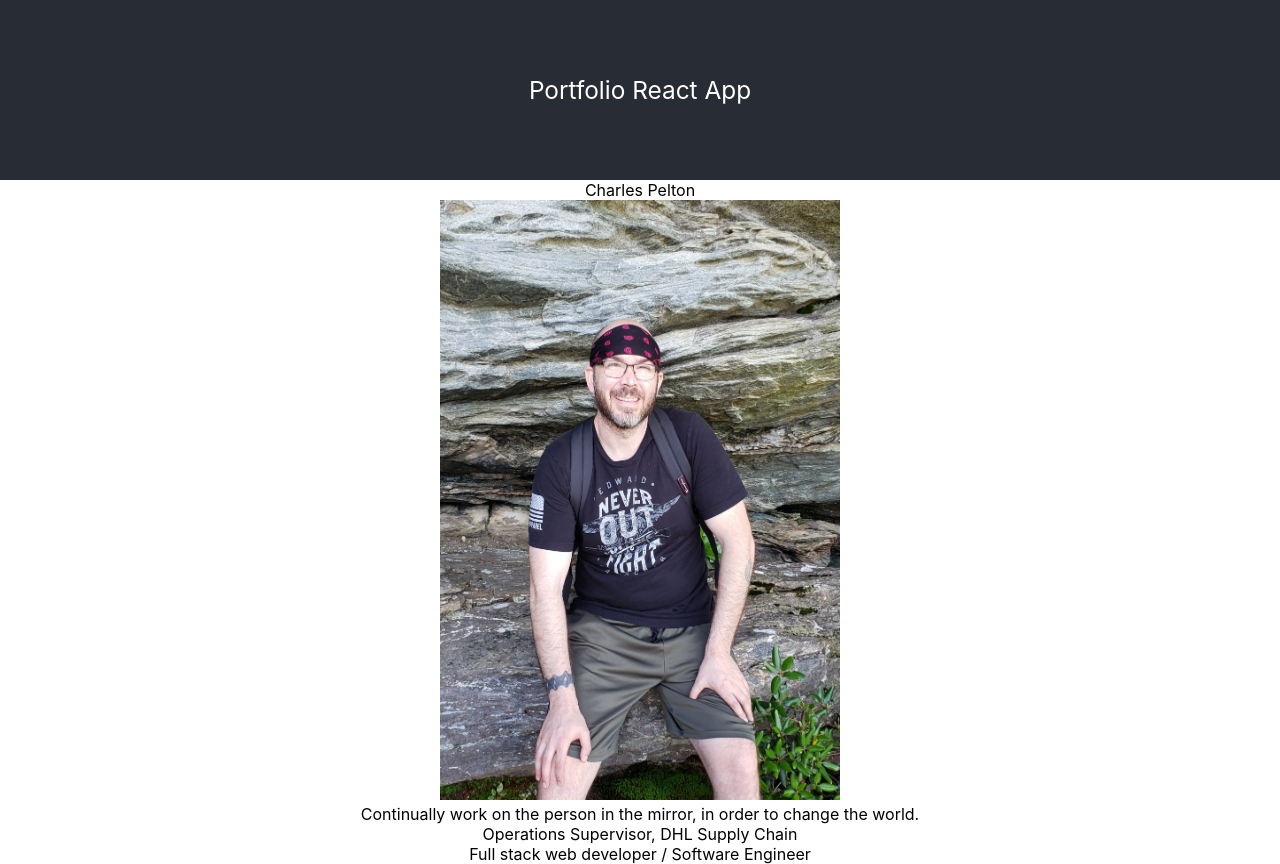
Repository: charliejp0311/PortfolioPage
Page: / (app in portfolio/)
These files come from the project's save history. The page is drawn as it stood at one moment and after the next save; the edit follows.
The browser window is 1280 px wide. The pictures show the whole page.
The project was rebuilt for these pictures with package versions that can differ from the ones it lists, and the page was loaded fresh each time.

Above is the page before, as saved 2020-12-03 19:24:02.

### portfolio/src/containers/App.js
import '../App.css';
import Me from '../components/me'


function App() {
  return (
    <div className="App">
      <header className="App-header">
        Portfolio React App
      </header>
      <Me />
    </div>
  );
}

export default App;

### portfolio/src/App.css
.App {
  text-align: center;
}

.App-logo {
  height: 40vmin;
  pointer-events: none;
}

@media (prefers-reduced-motion: no-preference) {
  .App-logo {
    animation: App-logo-spin infinite 20s linear;
  }
}

.App-header {
  background-color: #282c34;
  min-height: 25vh;
  display: flex;
  flex-direction: column;
  align-items: center;
  justify-content: center;
  font-size: calc(10px + 2vmin);
  color: white;
}

.App-link {
  color: #61dafb;
}

@keyframes App-logo-spin {
  from {
    transform: rotate(0deg);
  }
  to {
    transform: rotate(360deg);
  }
}

### portfolio/src/components/me.js
import { Component  } from "react";
import portfolioPic from "./images/summer2020.jpg";

class Me extends Component{
    state = {
        name: "Charles Pelton",
        moto: "Continually work on the person in the mirror, in order to change the world.",
        career: "Operations Supervisor, DHL Supply Chain",
        aspiration: "Full stack web developer / Software Engineer"
    }
    render(){
        return(
            <div id="me">
                {this.state.name}<br />
                <img src={portfolioPic} alt='Me' width='400' height='600' /><br />
                {this.state.moto}<br />
                {this.state.career}<br />
                {this.state.aspiration}
            </div>
        )
    }
};

export default Me;

Loaded but not shown: portfolio/public/index.html (common file); portfolio/src/index.js (common file); Portfolio/src/index.css (common file); portfolio/src/reportWebVitals.js (common file)

After the next save:
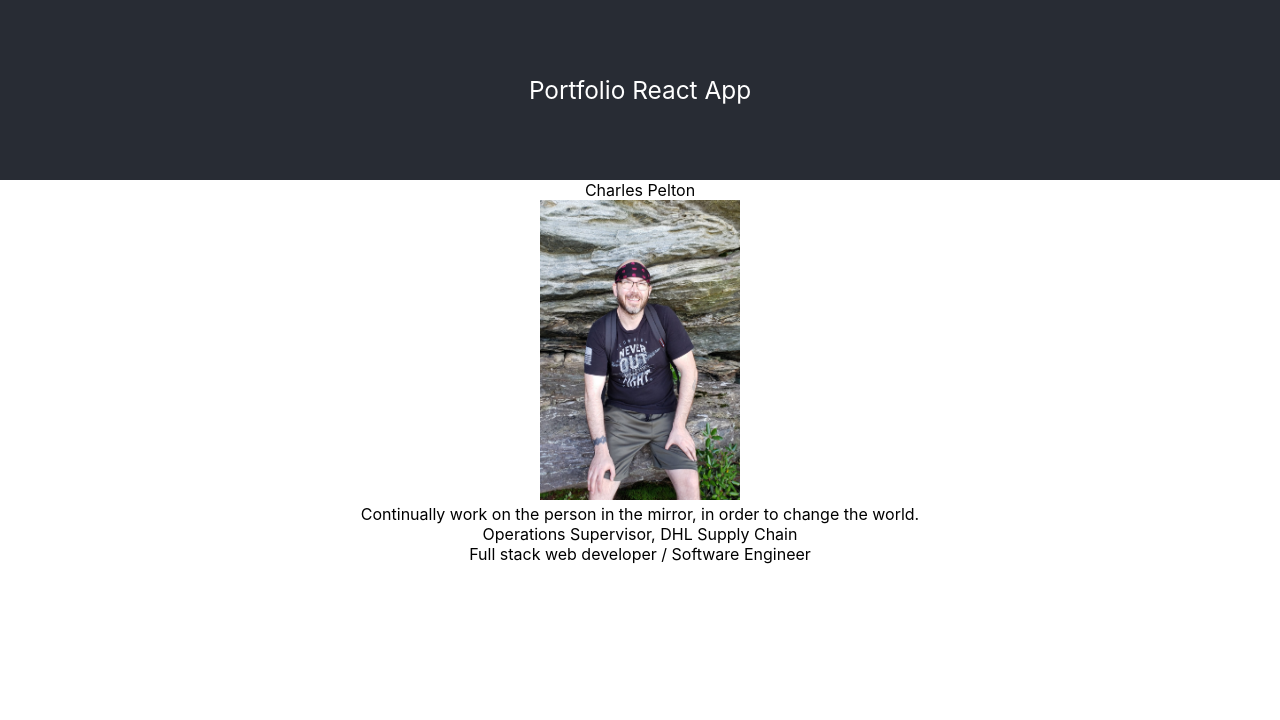
Saved 17 s later.
--- a/portfolio/src/components/me.js
+++ b/portfolio/src/components/me.js
@@ -12,7 +12,7 @@ class Me extends Component{
         return(
             <div id="me">
                 {this.state.name}<br />
-                <img src={portfolioPic} alt='Me' width='400' height='600' /><br />
+                <img src={portfolioPic} alt='Me' width='200' height='300' /><br />
                 {this.state.moto}<br />
                 {this.state.career}<br />
                 {this.state.aspiration}
